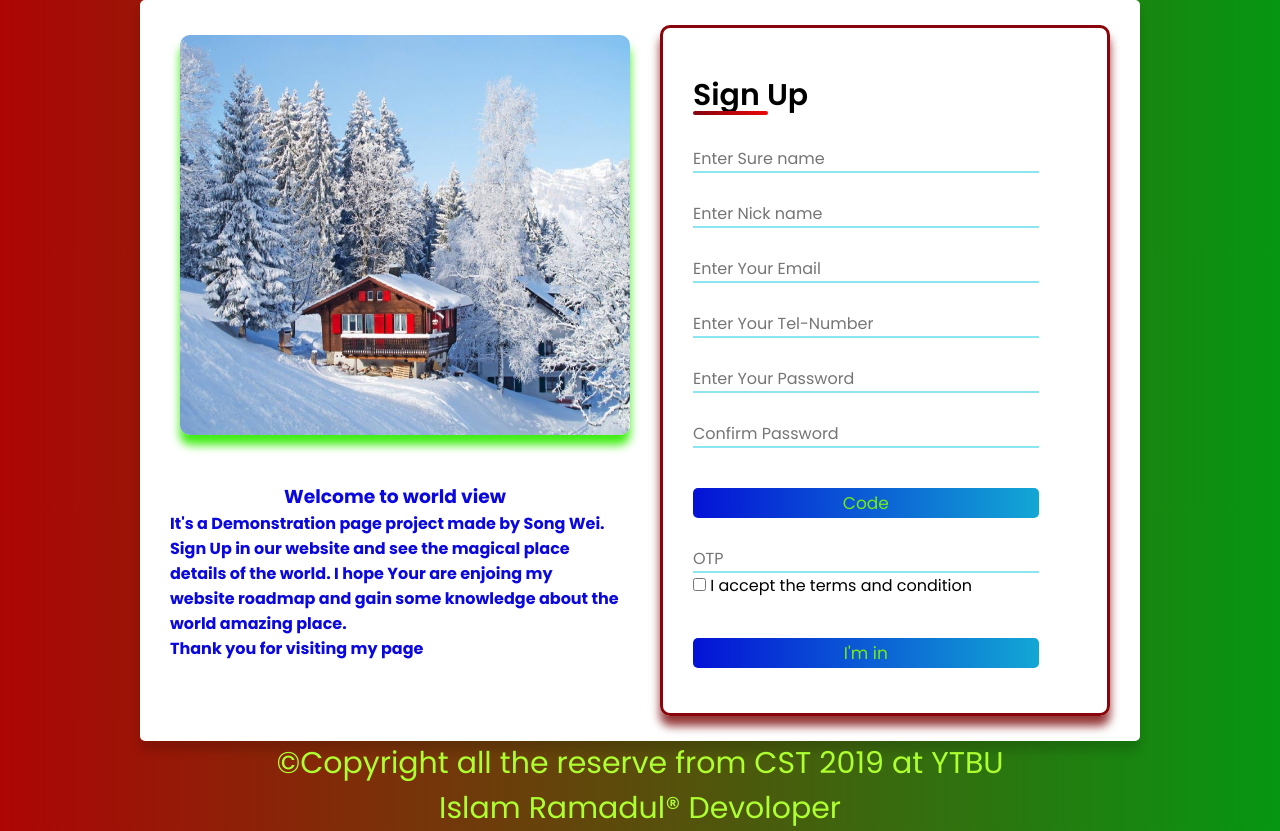
Repository: dev-ashik/Halloween
Page: Reg Page/Index.html
These files come from the project's save history. The page is drawn as it stood at one moment and after the next save; the edit follows.
The browser window is 1280 px wide. The pictures show the whole page.

Above is the page before, as saved 2021-12-22 00:22:09.

### Reg Page/Index.html
<!DOCTYPE html>
<html lang="en">

<head>
    <meta charset="UTF-8">
    <meta http-equiv="X-UA-Compatible" content="IE=edge">
    <meta name="viewport" content="width=device-width, initial-scale=1.0">
    <title>Regristration page</title>
    <link rel="stylesheet" href="CSS/main.css">
</head>

<body>
    <div class="con">
        <div class="bann">
            <img src="IMG/banner.jpg" alt=""><br/>
            <h3>Welcome to world view</h3>
            <p>It's a Demonstration page project made by Song Wei. Sign Up in our website and see the magical place details of the world. I hope Your are enjoing my website roadmap and gain some knowledge about the world amazing place.
            </p>
            <p>Thank you for visiting my page</p>
        </div>
        <div class="form">
            <form action="#">
                <div class="title">Sign Up</div>
                <div class="box">
                    <input type="text" placeholder="Enter Sure name" id="fn" required>
                    <div class="underline"></div>
                </div>
                <div class="box"> <input type="text" placeholder="Enter Nick name" id="ln" required>
                    <div class="underline"></div>
                </div>
                <div class="box underline">
                    <input type="text" placeholder="Enter Your Email" id="mail" required>
                    <div class="underline"></div>
                    <!--Email Field with velidation-->
                </div>
                <div class="box underline">
                    <input type="text" placeholder="Enter Your Tel-Number" id="number" required>
                    <div class="underline"></div>
                </div>
                <div class="box">
                    <input type="password" placeholder="Enter Your Password" id="pwd1" required>
                    <div class="underline"></div>
                    <!--Password Field with velidation-->
                </div>
                <div class="box">
                    <input type="password" placeholder="Confirm Password" id="pwd2" required>
                    <div class="underline"></div>
                </div>
                <div class="box button">
                    <button onclick="vercod()" id="vc">Code</button>
                    <!--Code form-->
                </div>
                <div class="box">
                    <input type="text" placeholder="OTP" id="otp" required>
                    <div class="underline"></div>
                    <!--Security Code with velidation-->
                </div>
                <div class="Agreement">
                    <input type="checkbox" id="cb" value="Agree">
                    <label for="Agree">I accept the terms and condition</label>
                    <!--Agreement box-->
                </div>
                <div class="box button">
                    <button onclick="sub()">I'm in</button>
                </div>
            </form>
        </div>
    </div>
    <footer>
        ©Copyright all the reserve from CST 2019 at YTBU<br/>Islam Ramadul® Devoloper
    </footer>
</body>
<script src="JS/main.js"></script>

</html>

### Reg Page/CSS/main.css
@import url('https://fonts.googleapis.com/css2?family=Poppins:wght@200;300;400;500;600;700&display=swap');
@import url('https://fonts.googleapis.com/css2?family=Poppins:wght@200;300;400;500;600;700&display=swap');
* {
    margin: 0;
    padding: 0;
    box-sizing: border-box;
    font-family: 'Poppins', sans-serif;
}

html,
body {
    display: grid;
    height: 100vh;
    width: 100%;
    place-items: center;
    background: linear-gradient(to right, #ad0505 0%, #069612 100%);
}

 ::selection {
    background: #ff80bf;
}

.con {
    background: #fff;
    max-width: 1000px;
    width: 100%;
    padding: 25px 30px;
    border-radius: 5px;
    box-shadow: 0 10px 10px rgba(0, 0, 0, 0.15);
}

.con .bann {
    float: left;
    width: 450px;
}

.con .bann img {
    width: 100%;
    height: 400px;
    border-radius: 10px;
    margin: 10px;
    box-shadow: 0 10px 10px #40ee14;
}

.con .bann h3 {
    margin-top: 30px;
    text-align: center;
    color: #0b08df;
}

.con .bann p {
    color: #0b08df;
    font-weight: bolder;
}

.con .form {
    float: right;
    border: 3px solid rgb(138, 5, 11);
    border-radius: 10px;
    padding: 25px 30px;
    max-width: 450px;
    width: 100%;
    box-shadow: 0 10px 10px rgba(121, 4, 4, 0.795);
}

.con .form form .title {
    font-size: 30px;
    font-weight: 600;
    margin: 20px 0 10px 0;
    position: relative;
}

.con .form form .title:before {
    content: '';
    position: absolute;
    height: 4px;
    width: 75px;
    left: 0px;
    bottom: 3px;
    border-radius: 5px;
    background: linear-gradient(to right, #83030e 0%, #eb0909 100%);
}

.con .form form .box {
    width: 90%;
    height: 30px;
    margin-top: 25px;
    position: relative;
}

.con .form form .box input {
    width: 100%;
    height: 100%;
    outline: none;
    font-size: 16px;
    border: none;
}

.con .form form .underline::before {
    content: '';
    position: absolute;
    height: 2px;
    width: 100%;
    background: rgb(140, 230, 241);
    left: 0;
    bottom: 0;
}

.con .form form .underline::after {
    content: '';
    position: absolute;
    height: 2px;
    width: 100%;
    background: linear-gradient(to right, rgb(19, 3, 240) 0%, #4305d3 100%);
    left: 0;
    bottom: 0;
    transform: scaleX(0);
    transform-origin: left;
    transition: all 0.3s ease;
}

.con .form form .box input:focus~.underline::after,
.con .form form .box input:valid~.underline::after {
    transform: scaleX(1);
    transform-origin: left;
}

.con .form form .button {
    margin: 40px 0 20px 0;
}

.con .form .box button {
    width: 100%;
    height: 100%;
    outline: none;
    font-size: 16px;
    border: none;
    background: linear-gradient(to right, #0412d6 0%, #13a7d4 100%);
    font-size: 17px;
    color: rgb(116, 236, 18);
    border-radius: 5px;
    cursor: pointer;
    transition: all 0.3s ease;
}

.con .form .box button:hover {
    letter-spacing: 1px;
    background: linear-gradient(to left, #8a0404 0%, #fc0707 100%);
}

footer {
    text-align: center;
    font-size: 30px;
    color: greenyellow;
}

footer:hover {
    color: greenyellow;
    text-shadow: 1px 1px 2px black, 0 0 25px rgb(11, 247, 3), 0 0 5px rgb(10, 255, 1);
}

### Reg Page/JS/main.js
function vercod() {
    var char = ['0', '1', '2', '3', '4', '5', '6', '7', '8', '9', 'A', 'B', 'C',
        'D', 'E', 'F', 'G', 'H', 'I', 'J', 'K', 'L', 'M', 'N', 'O', 'P', 'Q', 'R', 'S', 'T',
        'U', 'V', 'W', 'X', 'Y', 'Z'
    ]
    var code = '';
    var m = Math.floor(Math.random() * 36)
    for (i = 0; i < 4; i++) {
        code += char[m];
    }
    document.getElementById('vc').textContent = code;
}

function sub() {
    var mail = document.getElementById('mail').value;
    var num = document.getElementById('number').value;
    var pw1 = document.getElementById('pwd1').value;
    var pw2 = document.getElementById('pwd2').value;
    var bcode = document.getElementById('vc').innerHTML;
    var otp = document.getElementById('otp').value;
    var chk = document.getElementById('cb');
    var mailformat = /^\w+([\.-]?\w+)*@\w+([\.-]?\w+)*(\.\w{2,3})+$/;
    var phoneno = /^1[0-9]{10}$/;
    if (mail.match(mailformat)) {
        if (num.match(phoneno)) {
            if (pw1.length < 6) {
                alert('Password must be 6 or more.')
            } else {
                if (pw1 == pw2) {
                    if (bcode == otp) {
                        if (chk.checked == 1) {
                            alert('Congratulation!You are a member of our family')
                        } else {
                            window.alert('please check the box')
                        }
                    } else {
                        alert('Wrong OTP!Check your OTP.')
                    }
                } else {
                    alert('Password doesn\'t match');
                }
            }
        } else {
            alert("Please enter a valid number");
            return false;
        }
    } else {
        alert("You have entered an invalid email address!");
        return false;
    }

}

After the next save:
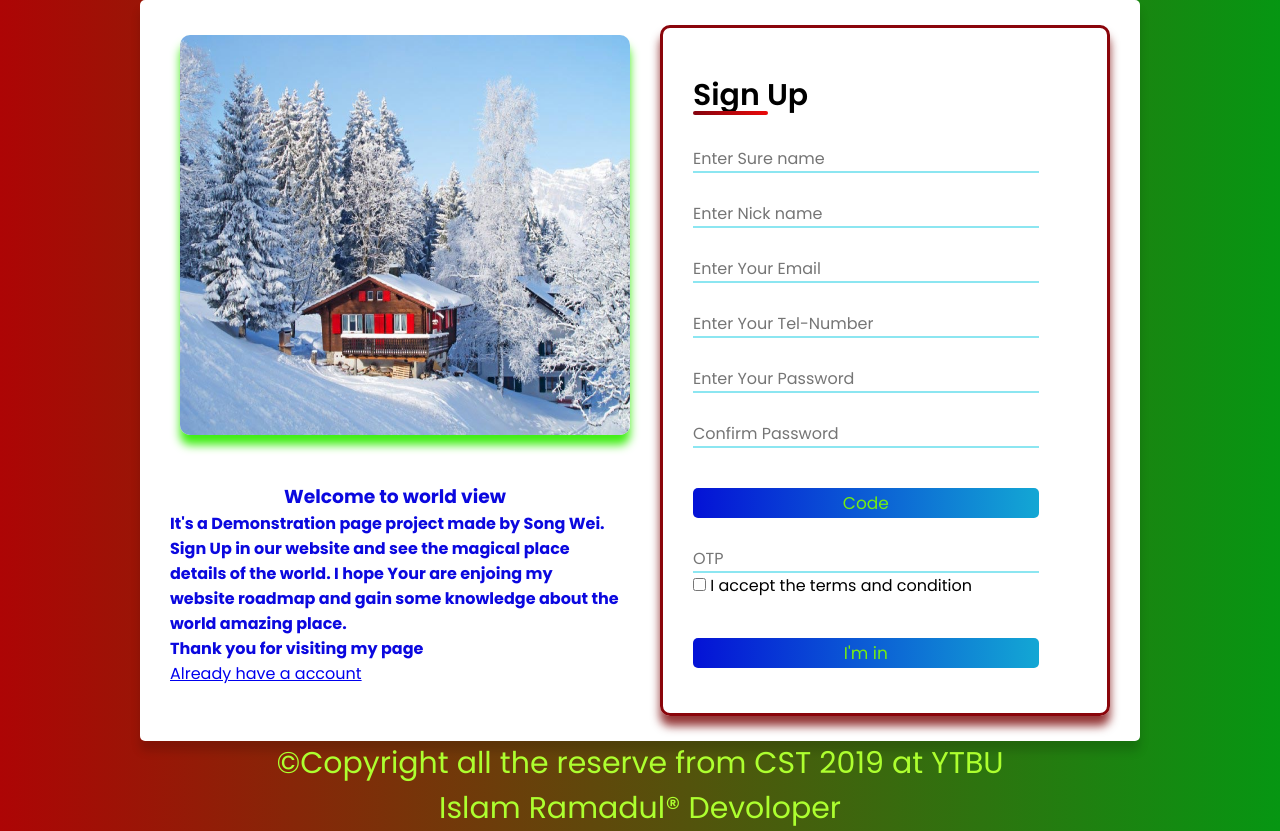
Saved 2 min 46 s later.
--- a/Reg Page/Index.html
+++ b/Reg Page/Index.html
@@ -17,6 +17,7 @@
             <p>It's a Demonstration page project made by Song Wei. Sign Up in our website and see the magical place details of the world. I hope Your are enjoing my website roadmap and gain some knowledge about the world amazing place.
             </p>
             <p>Thank you for visiting my page</p>
+            <a href="../Log Page/Log.html">Already have a account</a>
         </div>
         <div class="form">
             <form action="#">
